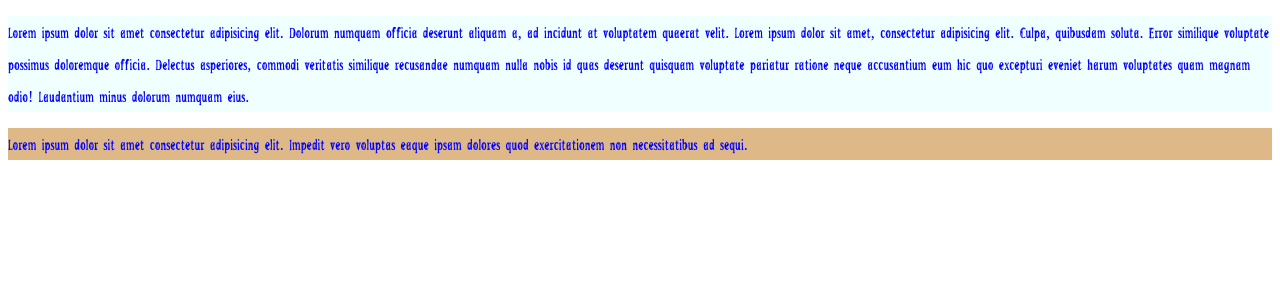
Repository: shazib2023/wtwdt-8
Page: index.html
An editor plug-in stored every save of this project. The page is shown before and after the next save, followed by the edit.
The browser window is 1280 px wide. The pictures show the whole page.

Above is the page before, as saved 2023-10-30 15:13:26.

After the next save:
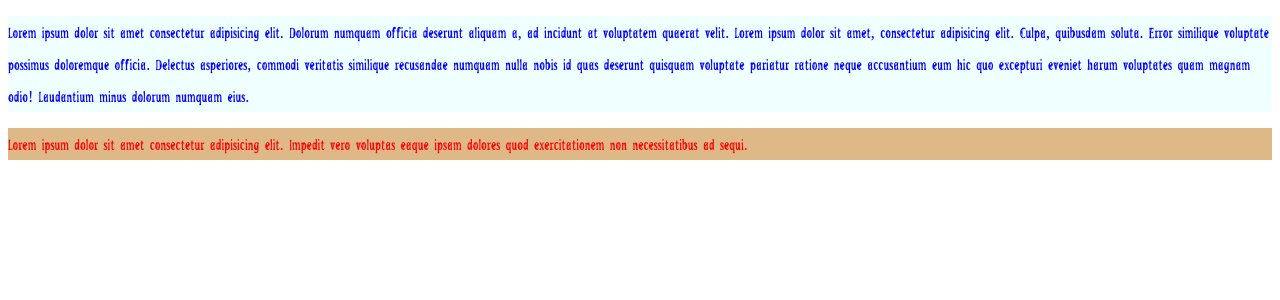
Saved 12 s later.
--- a/css/style.css
+++ b/css/style.css
@@ -8,6 +8,6 @@ p{
 }
 
 #para1{
-    background-color: burlywood;]
+    background-color: burlywood;
     color: red;
 }
